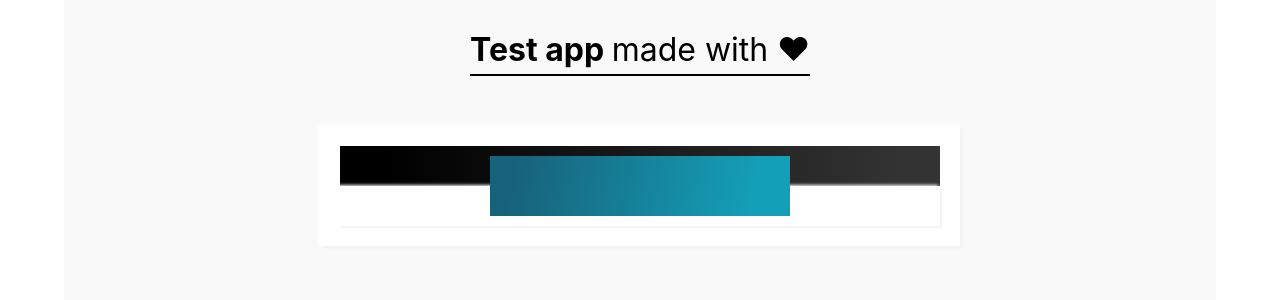
Repository: Khattak01/test-app
Page: /
An editor plug-in stored every save of this project. The page is shown before and after the next save, followed by the edit.
The browser window is 1280 px wide. The pictures show the whole page.
The project was rebuilt for these pictures with package versions that can differ from the ones it lists, and the page was loaded fresh each time.

Above is the page before, as saved 2021-05-12 08:04:23.

### public/index.html
<!DOCTYPE html>
<html lang="en">
  <head>
    <meta charset="utf-8" />
    <link rel="icon" href="%PUBLIC_URL%/favicon.ico" />
    <meta name="viewport" content="width=device-width, initial-scale=1" />
    <meta name="theme-color" content="#000000" />
    <meta
      name="description"
      content="Web site created using create-react-app"
    />
    <link rel="apple-touch-icon" href="%PUBLIC_URL%/logo192.png" />
    <!--
      manifest.json provides metadata used when your web app is installed on a
      user's mobile device or desktop. See https://developers.google.com/web/fundamentals/web-app-manifest/
    -->
    <link rel="manifest" href="%PUBLIC_URL%/manifest.json" />
    <!--
      Notice the use of %PUBLIC_URL% in the tags above.
      It will be replaced with the URL of the `public` folder during the build.
      Only files inside the `public` folder can be referenced from the HTML.

      Unlike "/favicon.ico" or "favicon.ico", "%PUBLIC_URL%/favicon.ico" will
      work correctly both with client-side routing and a non-root public URL.
      Learn how to configure a non-root public URL by running `npm run build`.
    -->
    <title>Test App</title>
  </head>
  <body>
    <noscript>You need to enable JavaScript to run this app.</noscript>
    <div id="root"></div>
    <!--
      This HTML file is a template.
      If you open it directly in the browser, you will see an empty page.

      You can add webfonts, meta tags, or analytics to this file.
      The build step will place the bundled scripts into the <body> tag.

      To begin the development, run `npm start` or `yarn start`.
      To create a production bundle, use `npm run build` or `yarn build`.
    -->
  </body>
</html>

### src/index.js
import React from 'react';
import ReactDOM from 'react-dom';
import './index.css';
import App from '../src/components/app/App';

ReactDOM.render(
  <React.StrictMode>
      <App />
  </React.StrictMode>,
  document.getElementById('root')
);

### src/index.css
*{
  margin: 0;
  padding: 0;
  box-sizing: border-box;
}
body {
  margin: 0;
  font-family: -apple-system, BlinkMacSystemFont, 'Segoe UI', 'Roboto', 'Oxygen',
    'Ubuntu', 'Cantarell', 'Fira Sans', 'Droid Sans', 'Helvetica Neue',
    sans-serif;
  -webkit-font-smoothing: antialiased;
  -moz-osx-font-smoothing: grayscale;
}

code {
  font-family: source-code-pro, Menlo, Monaco, Consolas, 'Courier New',
    monospace;
}

.container{
  width:90%;
  margin:auto auto;
  background-color: #f9f9f9;
  padding: 10px;
}

### src/components/app/App.js
import React from 'react'
import './App.css'
import Banner from '../banner/Banner'

const App = () => {
    return (
        <div className="app container">
            <h1>Test app <span style={{fontWeight:'lighter'}}> made with </span> &#10084;</h1>
            <Banner />
        </div>
    )
}

export default App

### src/components/app/App.css
.app {
  padding: 30px 0;
  min-height: 100vh;
  text-align: center;
}
.app > h1 {
  display: inline-block;

  text-align: center;
  width: max-content;
  padding-bottom: 5px;
  border-bottom: 2px solid black;
  margin-bottom: 50px;
}

:root {
  --color-primary: linear-gradient(
    100.28537797494744deg,
    rgba(23, 98, 122, 1) 6.8671875%,
    rgba(23, 98, 122, 1) 8.216145833333332%,
    rgba(20, 159, 184, 1) 87.80468749999999%
  );

  --color-dark: linear-gradient(
    89.76211853375082deg,
    rgba(0, 0, 0, 1) 5.893229166666666%,
    rgba(0, 0, 0, 1) 7.356770833333332%,
    rgba(51, 51, 51, 1) 93.70572916666666%
  );
}

### src/components/banner/Banner.js
import React from 'react'
import classes from './Banner.module.css'

import Box from '../../UI/box/Box'

const Banner = () => {

    return (
        <Box className={classes.banner}>
            {/* <h1>Test App</h1>
            <button className={classes.banner__btn}>Button</button> */}
            <div className={classes.banner__top}></div>
            <div className={classes.banner__center}></div>
            <Box className={classes.banner__bottom}></Box>
        </Box>
    )
}

export default Banner

### src/components/banner/Banner.module.css
.banner {
  width: 100%;
  max-width: 40rem;
  min-width: 50vh;
  /* border: 1px solid black; */
  margin: auto auto;
  padding: 20px;
  position: relative;
}

.banner__top,.banner__bottom{
  height: 40px;
  width: 100%;
  background-color: red;
}
.banner__top{
  background-image: var(--color-dark);
}
.banner__center{
  position: absolute;
  top: 50%;
  left: 50%;
  transform: translate(-50%,-50%);

  background-image: var(--color-primary);
  width: 300px;
  height:60px
}




.banner__btn {
  margin: auto auto;
  width: 300px !important;
  display: flex;
  justify-content: center;
  align-items: center;
  /* background:#1AAB8A; */

  background-image: var(--color-primary);

  color: #fff;
  border: none;
  position: relative;
  height: 60px;
  font-size: 18px;
  padding: 0 20px;
  cursor: pointer;
  transition: 800ms ease all;
  outline: none;
}
.banner__btn:hover {
  background: #fff;
  color: #1aab8a;
}
.banner__btn:before,
.banner__btn:after {
  content: "";
  position: absolute;
  top: 0;
  right: 0;
  height: 2px;
  width: 0;
  background: #1aab8a;
  transition: 400ms ease all;
}
.banner__btn:after {
  right: inherit;
  top: inherit;
  left: 0;
  bottom: 0;
}
.banner__btn:hover:before,
.banner__btn:hover:after {
  width: 100%;
  transition: 800ms ease all;
}

### src/UI/box/Box.js

import React from 'react'
import classes from './Box.module.css'

const Box = (props) => {
    return (
        <div onClick={props.onClick} className={[classes.box,props.className].join(' ')}>
            {props.children}
        </div>
    )
}

export default Box

### src/UI/box/Box.module.css
.box {
  background-color: #ffffff;
  transition: all 0.25s cubic-bezier(0.86, 1.26, 0.59, 1.03);
  /* min-height: 1rem; */
  /* padding: 1rem; */
  /* border-radius: 1rem; */
  box-shadow: 2px 2px 2px #f2f2f2, -2px -1px 3px #ffffff;
}
.box:hover {
  /* transform: translateZ(0) scale(1.05); */
  backface-visibility: hidden;
}

After the next save:
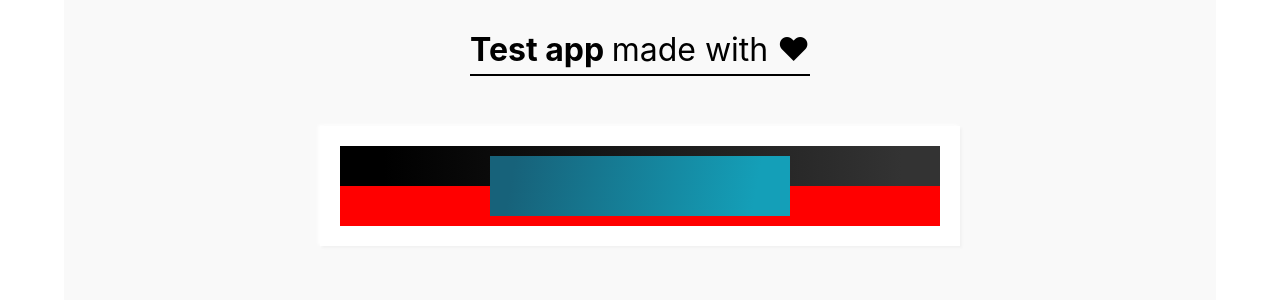
Saved 19 s later.
--- a/src/components/banner/Banner.js
+++ b/src/components/banner/Banner.js
@@ -11,7 +11,7 @@
             <button className={classes.banner__btn}>Button</button> */}
             <div className={classes.banner__top}></div>
             <div className={classes.banner__center}></div>
-            <Box className={classes.banner__bottom}></Box>
+            <div className={classes.banner__bottom}></div>
         </Box>
     )
 }
